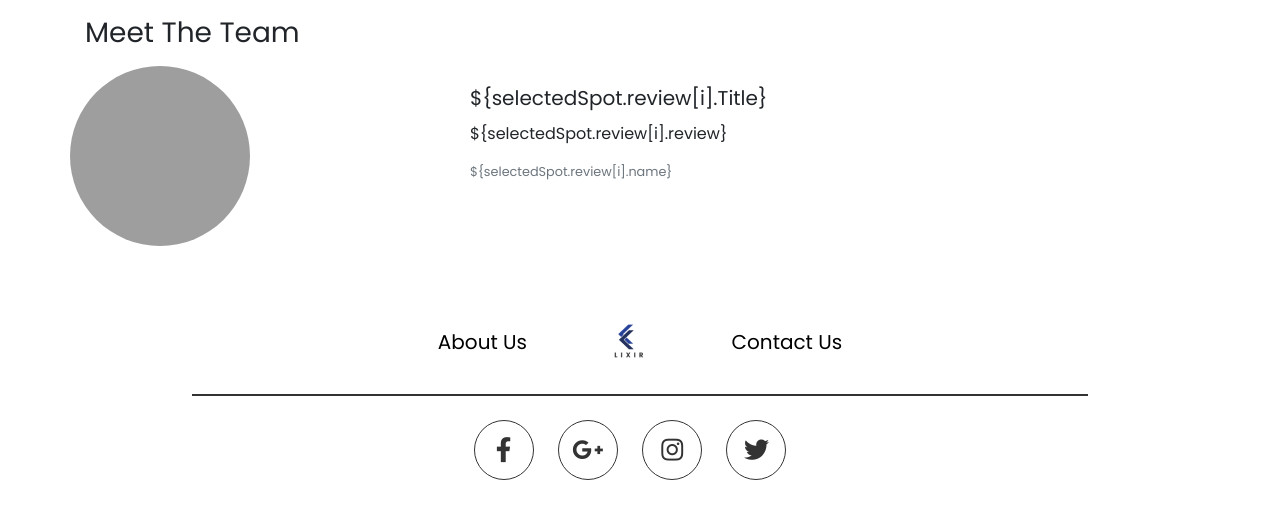
Repository: phiiileo/lit-page
Page: team-page.html
An editor plug-in stored every save of this project. The page is shown before and after a run of saves, followed by the edit.
The browser window is 1280 px wide. The pictures show the whole page.
Pictures or frames that could not be fetched are drawn as grey boxes. Some web libraries are served in a nearby version.

Above is the page before, as saved 2019-12-04 20:55:46.

### team-page.html
<head>
  <meta charset="UTF-8" />
  <meta name="viewport" content="width=device-width, initial-scale=1.0" />
  <meta http-equiv="X-UA-Compatible" content="ie=edge" />
  <title>Lixir | Official Page</title>
  <link
    rel="stylesheet"
    href="css/bootstrap-4.4.0-dist/css/bootstrap.min.css"
  />
  <script src="js/jquery-1.11.1.min.js"></script>
  <script src="js/popper.min.js"></script>
  <script src="css/bootstrap-4.4.0-dist/js/bootstrap.min.js"></script>
  <link
    href="https://fonts.googleapis.com/css?family=Poppins&display=swap"
    rel="stylesheet"
  />
  <link
    rel="stylesheet"
    type="text/css"
    href="https://cdnjs.cloudflare.com/ajax/libs/font-awesome/5.11.2/css/all.min.css"
  />
  <link rel="stylesheet" href="css/site_footer.css" />
  <link rel="stylesheet" href="./css/team-page.css">
</head>

<div class="container">
    <p><h3>Meet The Team</h3></p>
    <div class="row row-cols-1 row-cols-md-1">
        <div class="card">
            <div class="row no-gutters">
                <div class="col-md-4">
                    <img src="https://res.cloudinary.com/gboyega/image/upload/v1575387409/grillspot/profile-placeholder_kqu2no.png" alt="profileImage" class="team-image">
                </div>
                <div class="col-md-8">
                    <div class="card-body">
                        <h5 class="card-title">${selectedSpot.review[i].Title}</h5>
                        <p class="card-text">${selectedSpot.review[i].review}</p>
                        <p class="card-text"><small class="text-muted">${selectedSpot.review[i].name}</small></p>
                    </div>
                </div>
            </div>
        </div>
    </div>
</div>

<footer class="mt-5">
  <section class="footer_content mx-auto text-center">
    <section class="footer_content--one">
      <a href="about_us.php" class="">About Us</a>
      <a href="index.php" class="mx-5">
        <img src="image/footer_logo.png" alt="" width="100px" height="100px"
      /></a>
      <a href="contact.php" class="">Contact Us</a>
    </section>
    <section class="footer_content--two pt-4">
      <a href="#"><i class="fab fa-facebook-f"></i></a>
      <a href=""><i class="fab fa-google-plus-g"></i></a>
      <a href=""><i class="fab fa-instagram"></i></a>
      <a href=""><i class="fab fa-twitter"></i></a>
    </section>
  </section>
</footer>

### css/site_footer.css
footer .footer_content {
    width: 70%;
  }

  footer .footer_content .footer_content--one {
    width: 100%;
    border-bottom: 2px solid #333333;
  }

  footer .footer_content .footer_content--one a {
    font-size: 20px;
    line-height: 28px;
    color: #000000;
    display: inline-block;
  }

  footer .footer_content .footer_content--two a {
    color: #333333;
    border: 1px solid #333333;
    border-radius: 50%;
    width: 60px;
    height: 60px;
    display: -webkit-inline-box;
    display: -ms-inline-flexbox;
    display: inline-flex;
    -webkit-box-pack: center;
        -ms-flex-pack: center;
            justify-content: center;
    -webkit-box-align: center;
        -ms-flex-align: center;
            align-items: center;
    margin-right: 20px;
    margin-bottom: 20px;
  }

  footer .footer_content .footer_content--two a i {
    font-size: 25px;
  }

### css/team-page.css
* {
  margin-top: 0;
  padding: 0px;
  box-sizing: border-box;
  font-family: "Poppins", sans-serif;
}
.team-image{
    width: 180px;
    height: 180px;
    border-radius: 50%;
}

.card{
    border: 0;
}

Loaded but not shown: css/bootstrap-4.4.0-dist/css/bootstrap.min.css (library); js/jquery-1.11.1.min.js (library); js/popper.min.js (library); css/bootstrap-4.4.0-dist/js/bootstrap.min.js (library)

After the next 13 saves:
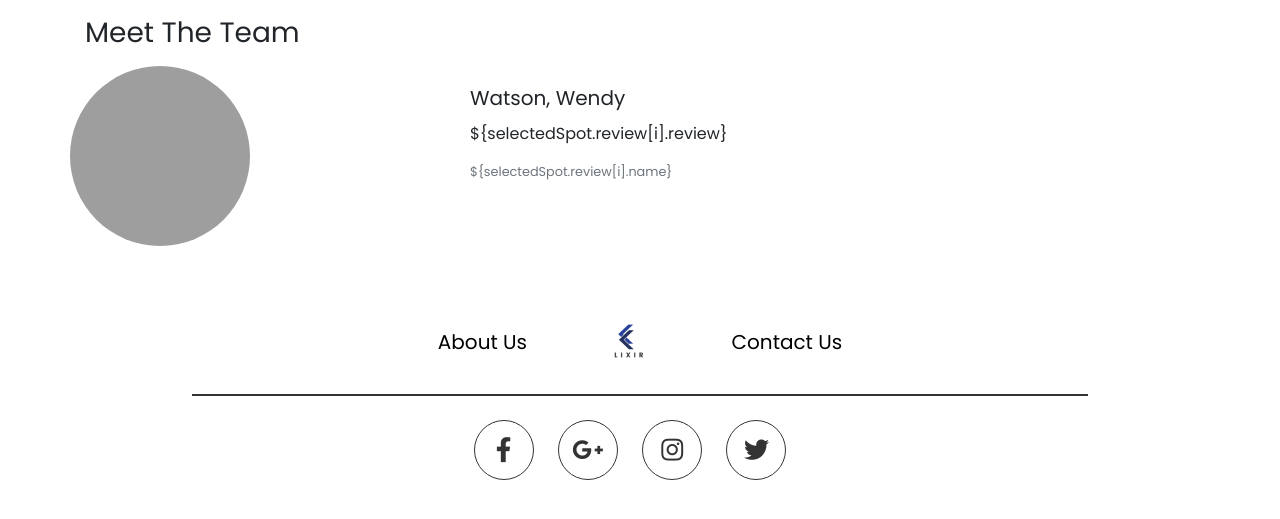
The 13 saves are shown as one change because they came seconds apart.
The last was saved 75 s later.
--- a/team-page.html
+++ b/team-page.html
@@ -33,7 +33,7 @@
                 </div>
                 <div class="col-md-8">
                     <div class="card-body">
-                        <h5 class="card-title">${selectedSpot.review[i].Title}</h5>
+                        <h5 class="card-title">Watson, Wendy</h5>
                         <p class="card-text">${selectedSpot.review[i].review}</p>
                         <p class="card-text"><small class="text-muted">${selectedSpot.review[i].name}</small></p>
                     </div>
